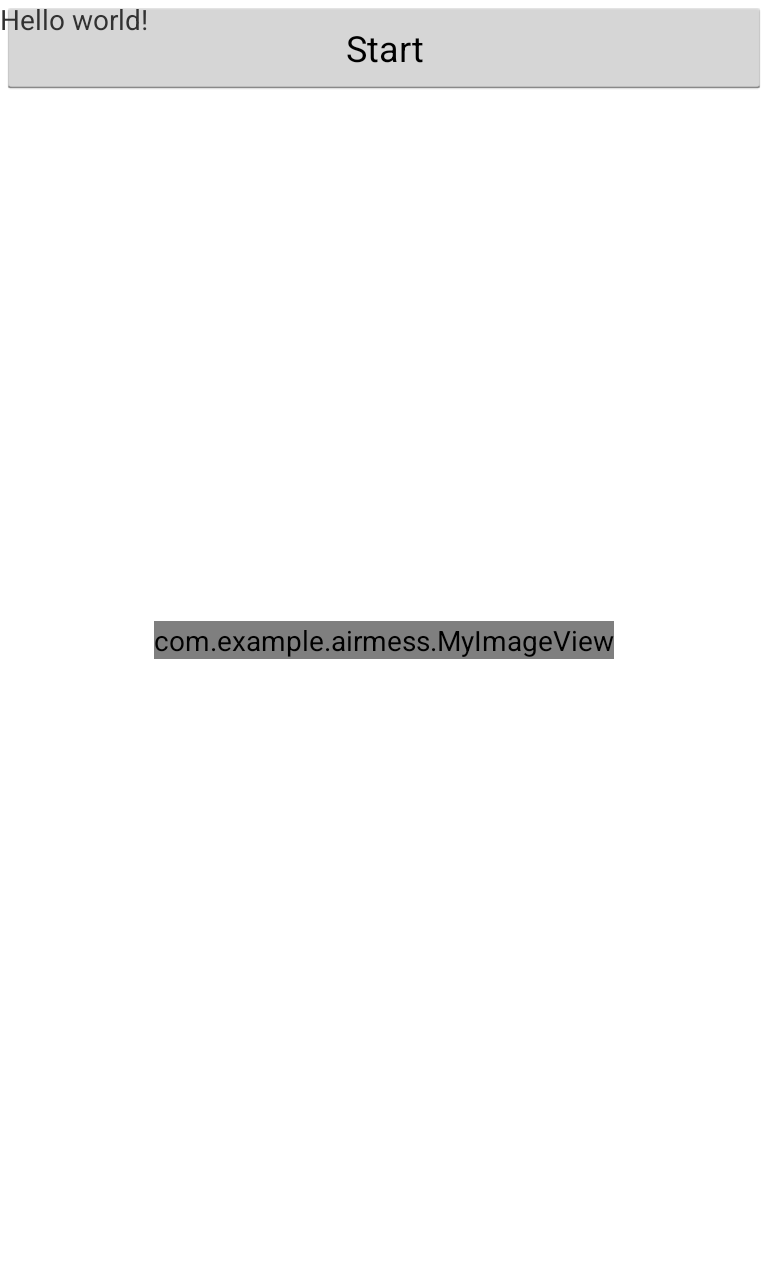
Repository: deuxnids/airmess_led
Layout: app/Airmess/res/layout/activity_main.xml
The author's editor kept a copy of each file at every save. The layout is drawn from the files as they stood at one save, then again after a run of saves.
Pictures or frames that could not be fetched are drawn as grey boxes. It is drawn on a 768 x 1280 px phone screen (xhdpi) without system bars, with theme AppTheme; the app's code is not run.

Above is the layout before, as saved 2013-12-20 17:04:52.

### app/Airmess/res/layout/activity_main.xml
<RelativeLayout xmlns:android="http://schemas.android.com/apk/res/android"
    xmlns:tools="http://schemas.android.com/tools"
 android:layout_width="fill_parent"
  android:layout_height="fill_parent" >
    android:paddingBottom="@dimen/activity_vertical_margin"
    android:paddingLeft="@dimen/activity_horizontal_margin"
    android:paddingRight="@dimen/activity_horizontal_margin"
    android:paddingTop="@dimen/activity_vertical_margin"
    tools:context=".MainActivity" >

    <Button
	        android:id="@+id/start"
			android:layout_width="fill_parent"
			android:layout_height="wrap_content"
			android:text="Start" />

	<TextView
        	android:id="@+id/status"
	        android:layout_width="wrap_content"
	        android:layout_height="wrap_content"
	        android:text="@string/hello_world" />

	<com.example.airmess.MyImageView
	        android:id="@+id/image"
	        android:layout_width="wrap_content"
	        android:layout_height="wrap_content"
	        android:layout_centerInParent="true" />

</RelativeLayout>

### app/Airmess/res/values/strings.xml
<?xml version="1.0" encoding="utf-8"?>
<resources>

    <string name="app_name">Airmess</string>
    <string name="action_settings">Settings</string>
    <string name="hello_world">Hello world!</string>

</resources>

Loaded but not shown: app/Airmess/res/values/styles.xml (common file); app/Airmess/res/values-v11/styles.xml (common file); app/Airmess/res/values-v14/styles.xml (common file); app/Airmess/res/values/dimens.xml (common file)

After the next 2 saves:
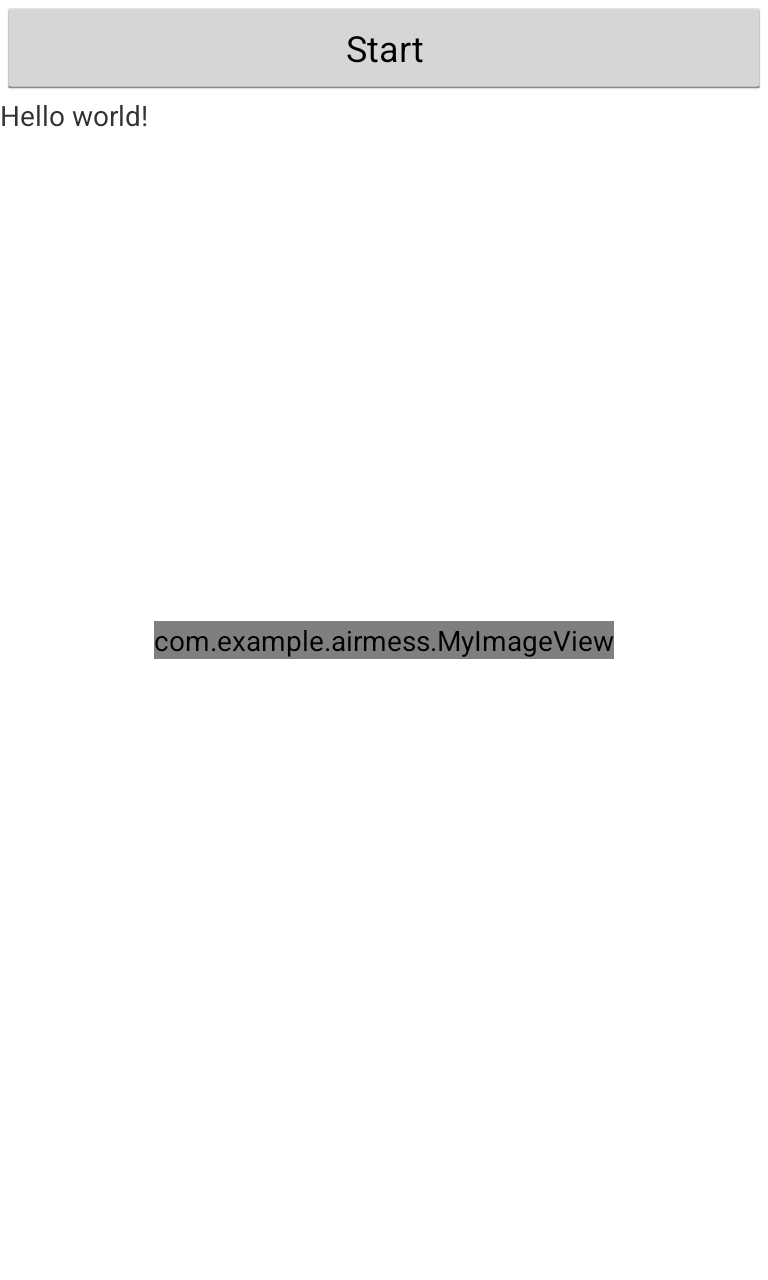
The 2 saves are shown as one change because 1 did not build or start.
The last was saved 32 s later.
--- a/app/Airmess/res/layout/activity_main.xml
+++ b/app/Airmess/res/layout/activity_main.xml
@@ -18,6 +18,7 @@
         	android:id="@+id/status"
 	        android:layout_width="wrap_content"
 	        android:layout_height="wrap_content"
+	        android:layout_below="@+id/start"
 	        android:text="@string/hello_world" />
 
 	<com.example.airmess.MyImageView
